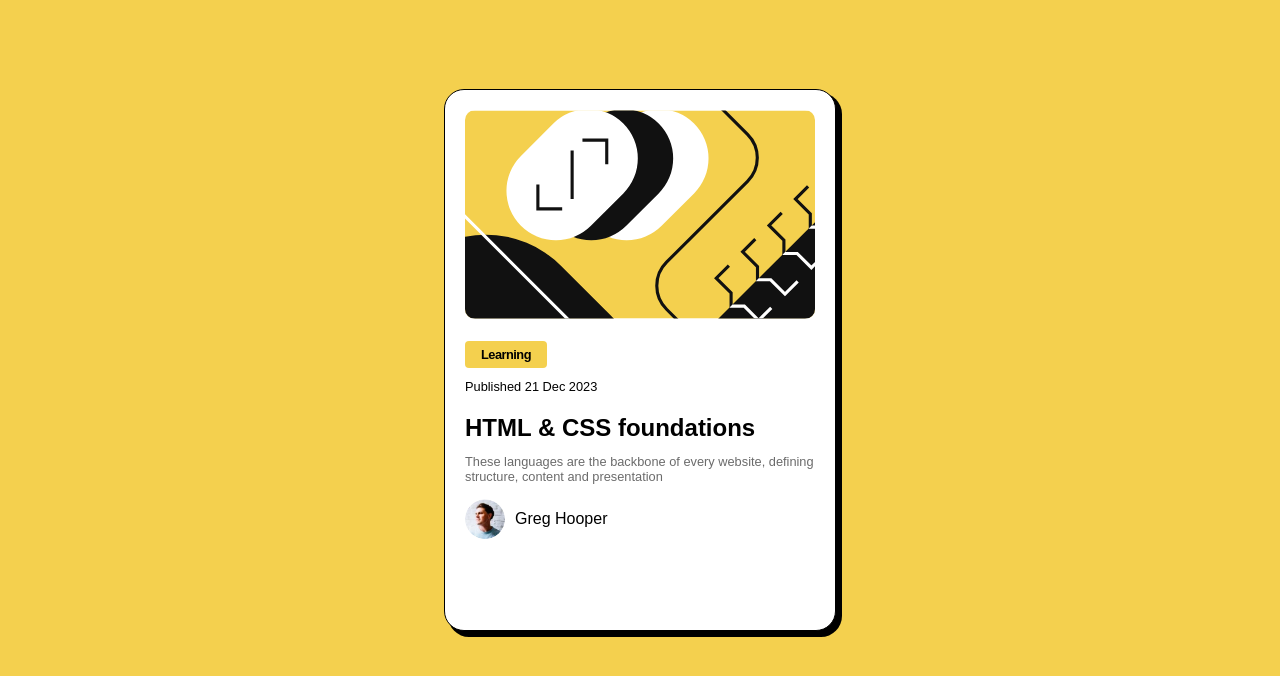
Repository: brandontaylor1/blogpreviewcard
Page: index.html
The author's editor kept a copy of each file at every save. The page is drawn from the files as they stood at one save, then again after the next save.
The browser window is 1280 px wide. The pictures show the whole page.

Above is the page before, as saved 2024-12-25 11:52:09.

### index.html
<!DOCTYPE html>
<html lang="en">
<head>
    <meta charset="UTF-8">
    <meta name="viewport" content="width=device-width, initial-scale=1.0">
    <link rel="stylesheet" href="./index.css">
    <title>HTML & CSS Foundations</title>
</head>
<body>
    <main class="container">
        <div class="img-container">
            <img src="./images/illustration-article.svg" class="heading-img" alt="">
        </div>
        <div class="card-content">
            <p id="learning-tag">Learning</p>
            <div class="card-content-text">
                <p>Published 21 Dec 2023</p>
                <h2>HTML & CSS foundations</h2>
                <h3>These languages are the backbone of every website, defining structure, content and presentation</h3>
            </div>
        </div>
        <div class="user-footer">
            <img src="./images/image-avatar.webp" alt="person-image">
            <p>Greg Hooper</p>
        </div>
    </main>

    <script src="index.js"></script>
</body>
</html>

### index.css
:root {
    /* COLORS */
    --primary-yellow: hsl(47, 88%, 63%);
    --primary-white: hsl(0, 0%, 100%);
    --primary-gray-reg: hsl(0, 0%, 42%);
    --primary-gray-bold: hsl(0, 0%, 7%);

    --main-font-size: 16px;

    --main-font-family: 'Figtree', sans-serif;
    --main-font-weight-reg: 500;
    --main-font-weight-bold: 800;
}


body {
    box-sizing: border-box;
    margin: 0;
    padding: 0;
    height: 100vh;
    font-family: var(--main-font-family);
    display: flex;
    align-items: center;
    justify-content: center;
    background-color: var(--primary-yellow);
}

.container {
    width: 350px;
    height: 500px;
    margin: 0 auto;
    padding: 0 20px;
    background-color: var(--primary-white);
    width: 350px;
    padding: 20px;
    border-radius: 20px;
    border: 1px solid black;
    box-shadow: 5px 5px 0 1px rgba(0, 0, 0, 1);
    transition: box-shadow 0.3s ease;
}

.container:hover {
    box-shadow: 0 0 0 0 rgba(0, 0, 0, 0.5);
}

.heading-img {
    width: 100%;
    margin-bottom: 5px;
    border-radius: 10px;
}

.card-content {
    width: 100%;
    display: flex;
    flex-direction: column;
    align-items: left;
    justify-content: space-between;
}

#learning-tag {
    background-color: var(--primary-yellow);
    padding: 6px 1px;
    border-radius: 4px;
    font-size: .8rem;
    font-weight: var(--main-font-weight-bold);
    width: 80px;
    text-align: center;
    letter-spacing: -.5px;

}

.card-content-text {
    margin-top: -15px;
    font-size: .8rem;
}

.card-content-text h2 {
    font-size: 1.5rem;
    font-family: var(--main-font-family);
    font-weight: var(--main-font-weight-bold);
    margin-bottom: 10px;
}

.card-content-text h3 {
    font-size: .8rem;
    font-family: var(--main-font-family);
    font-weight: var(--main-font-weight-reg);
    color: var(--primary-gray-reg);
    margin-bottom: 10px;
}

.user-footer {
    display: flex;
    align-items: center;

}

.user-footer img {
    width: 40px;
    height: 40px;
    border-radius: 50%;
    margin-right: 10px;
}

Loaded but not shown: index.js (no stored copy; drawn as an empty file)

After the next save:
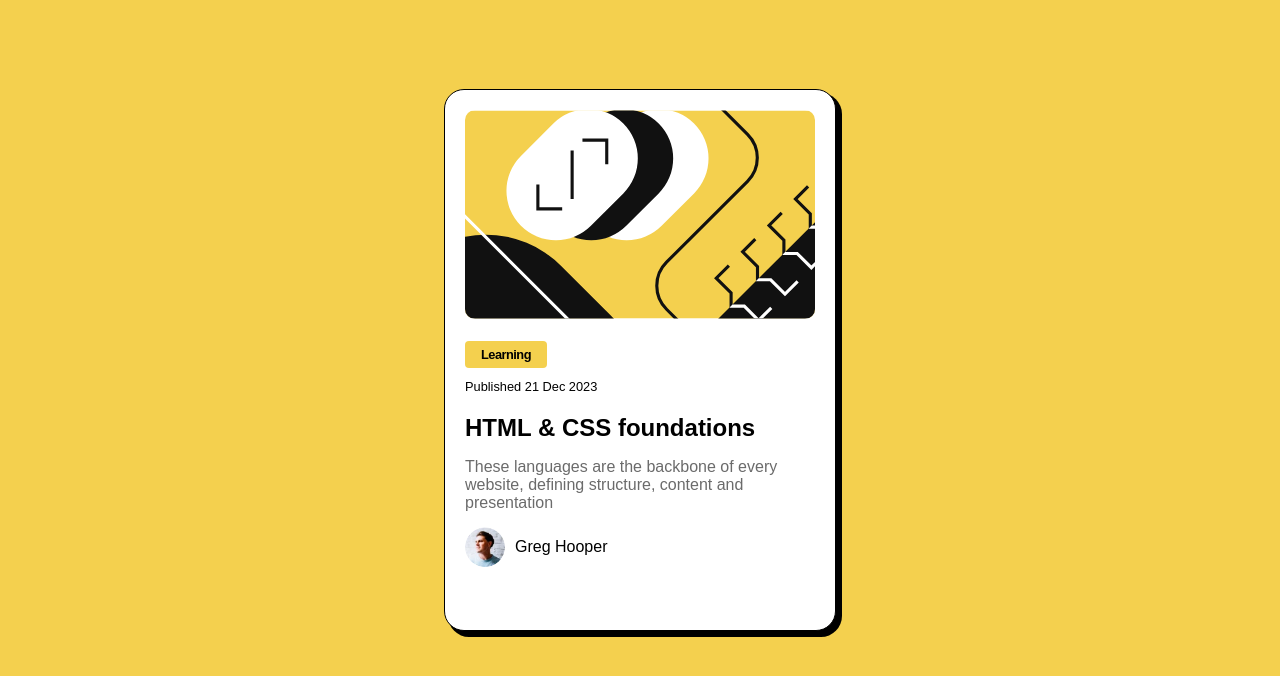
Saved 4 s later.
--- a/index.css
+++ b/index.css
@@ -82,7 +82,7 @@ body {
 }
 
 .card-content-text h3 {
-    font-size: .8rem;
+    font-size: 1rem;
     font-family: var(--main-font-family);
     font-weight: var(--main-font-weight-reg);
     color: var(--primary-gray-reg);
